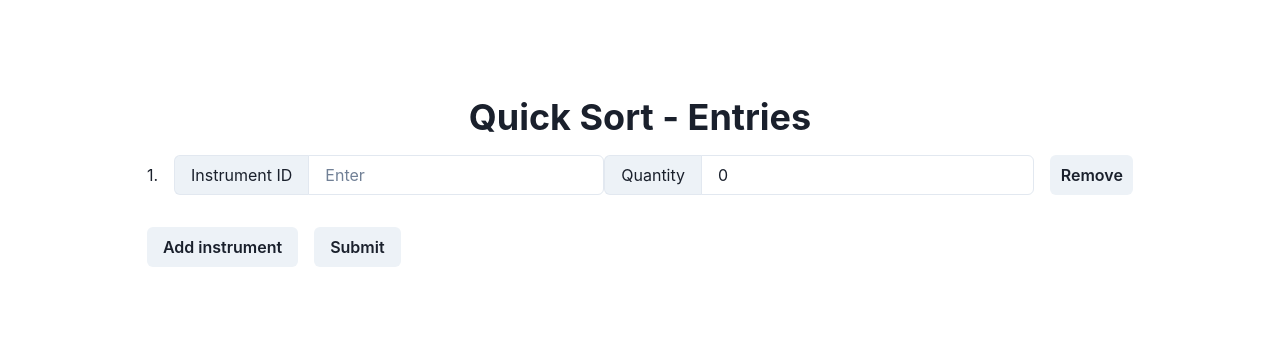
Repository: rohit-jindal18/stock-trailer
Page: /home
These files come from the project's save history. The page is drawn as it stood at one moment and after the next save; the edit follows.
The browser window is 1280 px wide. The pictures show the whole page.
The project was rebuilt for these pictures with package versions that can differ from the ones it lists, and the page was loaded fresh each time. The framework's server and built-in components were replaced by stand-ins that run in the browser. Also part of the build but not shown: next.config.js.

Above is the page before, as saved 2023-03-14 15:10:13.

After the next save:
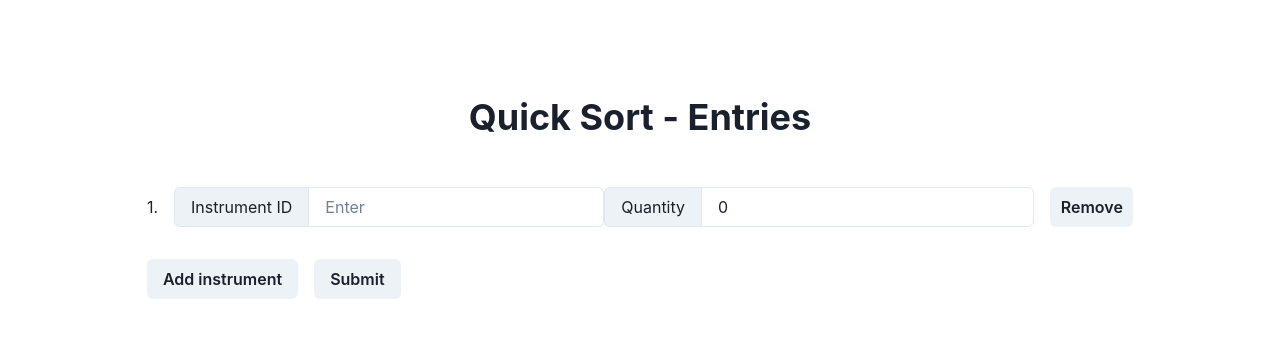
Saved 11 s later.
--- a/src/pages/home.tsx
+++ b/src/pages/home.tsx
@@ -35,7 +35,7 @@ export default function Authorize() {
       </Head>
       <main className={styles.main}>
         <Heading>Quick Sort - Entries</Heading>
-        <Box>
+        <Box mt={'32px'}>
           {
             instruments.map((instrument, index) => {
               return (
